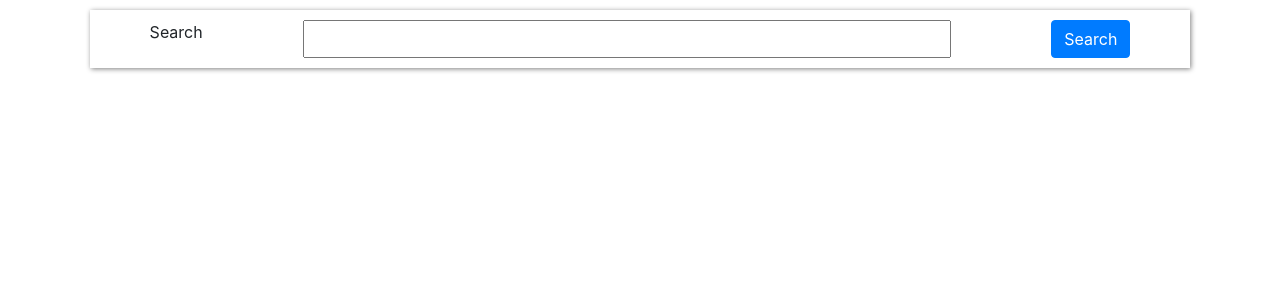
Repository: the-manohar/gallery
Page: /
The author's editor kept a copy of each file at every save. The page is drawn from the files as they stood at one save, then again after the next save.
The browser window is 1280 px wide. The pictures show the whole page.
The project was rebuilt for these pictures with package versions that can differ from the ones it lists, and the page was loaded fresh each time.

Above is the page before, as saved 2020-06-18 23:00:40.

### src/index.js
import React from "react";
import ReactDOM from "react-dom";
import "./index.css";
import "bootstrap/dist/css/bootstrap.css";
import App from "./App";
import * as serviceWorker from "./serviceWorker";

ReactDOM.render(
  <React.StrictMode>
    <App />
  </React.StrictMode>,
  document.getElementById("root")
);

// If you want your app to work offline and load faster, you can change
// unregister() to register() below. Note this comes with some pitfalls.
// Learn more about service workers: https://bit.ly/CRA-PWA
serviceWorker.unregister();

### src/App.js
import React, { useState } from "react";
import { Button } from "reactstrap";

import "./App.css";

function App() {
  const [value, setValue] = useState("");
  const [result, setResult] = useState([]);
  const fetchImages = () => {
    fetch(
      `https://api.unsplash.com/search/photos/?client_id=V38aA4zOjg1Xb1lBpNRUAK8duXvqwhDHHJbssXB_Pps&query=${value}&orientation=squarish`
    )
      .then((res) => res.json())
      .then((data) => {
        setResult(data.results);
      });
  };
  return (
    <div className="App">
      <div className="mydiv">
        <span>Search</span>
        <input
          style={{ width: "60%" }}
          type="text"
          value={value}
          onChange={(event) => setValue(event.target.value)}
        />
        {/* <button onClick={() => fetchImages()}>Search</button> */}
        <Button color="primary" onClick={() => fetchImages()}>
          Search
        </Button>
      </div>

      <div className="gallery">
        {result.map((item) => {
          return (
            <img
              className="item"
              key={item.id}
              src={item.urls.regular}
              alt={item.urls.regular}
            />
          );
        })}
      </div>
    </div>
  );
}

export default App;

// V38aA4zOjg1Xb1lBpNRUAK8duXvqwhDHHJbssXB_Pps

### src/App.css
.App {
  text-align: center;
}
.mydiv {
  display: flex;
  justify-content: space-around;
  margin: 10px 7%;
  box-shadow: 1px 1px 5px grey;
  padding: 10px;
}

.gallery {
  display: flex;
  flex-wrap: wrap;
  justify-content: space-around;
}
.item {
  width: 30%;
  margin: 5px;
}

Loaded but not shown: public/index.html (common file); src/index.css (common file); src/serviceWorker.js (common file)

After the next save:
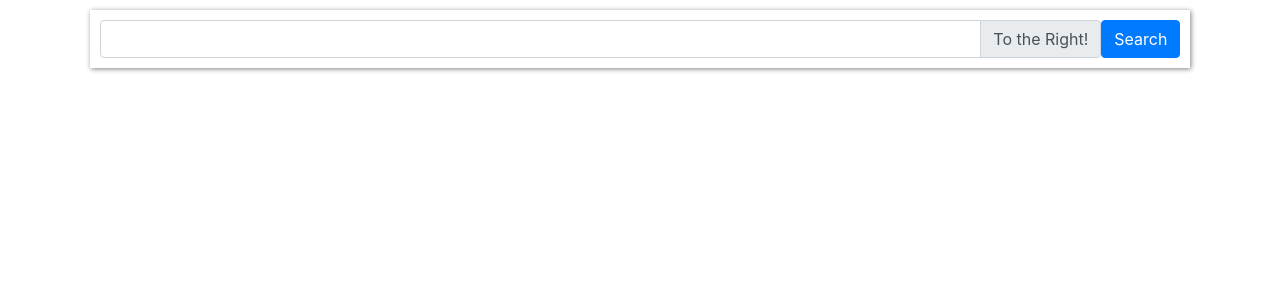
Saved 4 min 21 s later.
--- a/src/App.js
+++ b/src/App.js
@@ -1,5 +1,11 @@
 import React, { useState } from "react";
-import { Button } from "reactstrap";
+import {
+  Button,
+  InputGroup,
+  InputGroupText,
+  InputGroupAddon,
+  Input,
+} from "reactstrap";
 
 import "./App.css";
 
@@ -18,13 +24,19 @@ function App() {
   return (
     <div className="App">
       <div className="mydiv">
-        <span>Search</span>
-        <input
+        {/* <span>Search</span> */}
+        <InputGroup>
+          <Input />
+          <InputGroupAddon addonType="append">
+            <InputGroupText>To the Right!</InputGroupText>
+          </InputGroupAddon>
+        </InputGroup>
+        {/* <input
           style={{ width: "60%" }}
           type="text"
           value={value}
           onChange={(event) => setValue(event.target.value)}
-        />
+        /> */}
         {/* <button onClick={() => fetchImages()}>Search</button> */}
         <Button color="primary" onClick={() => fetchImages()}>
           Search
